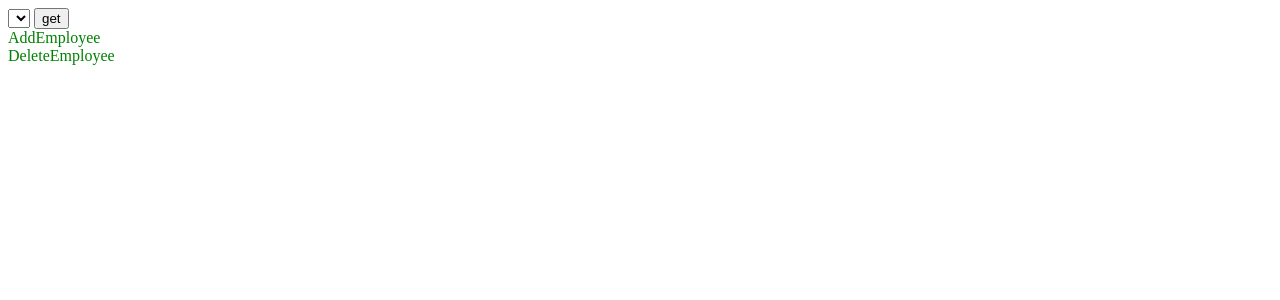
Repository: jayakumar721/projects
Page: http://localhost/WebFilter/EmpDemo.jsp
An editor plug-in stored every save of this project. The page is shown before and after the next save, followed by the edit.
The browser window is 1280 px wide. The pictures show the whole page.
The page is served by Tomcat 9. Other server files are loaded and not shown. Queries for data that is not in the repository find no rows.

Above is the page before, as saved 2017-11-21 11:28:58.

### WebFilter/WebContent/EmpDemo.jsp
<%@page import="in.vamsoft.services.ServiceDao"%>
<%@page import="in.vamsoft.dao.EmpDao"%>
<%@page import="in.vamsoft.model.Employee"%>
<%@page import="in.vamsoft.model.Department"%>
<%@page import="java.util.List"%>
<%@page import="in.vamsoft.services.EmpServices"%>
<%@ page language="java" contentType="text/html; charset=UTF-8"
	pageEncoding="UTF-8"%>
<!DOCTYPE html PUBLIC "-//W3C//DTD HTML 4.01 Transitional//EN" "http://www.w3.org/TR/html4/loose.dtd">
<html>
<head>
<meta http-equiv="Content-Type" content="text/html; charset=UTF-8">
<title>Insert title here</title>
<style>
a:link {
    color:green;
    background-color: transparent;
    text-decoration: none;
}



a:hover {
    color: red;
    background-color: transparent;
    text-decoration: underline;
}

a:active {
    color: yellow;
    background-color: transparent;
    text-decoration: underline;
}
</style>
</head>
<body>
	<form action="EmployeeDetails" method="post" class="form-group">
		<select name="deptId" class="form-control">
			<%
			  ServiceDao services = new EmpServices();
			  List<Department> departments = services.getAllDepartments();
			  for (Department d : departments) {
			%>

			<option value="<%=d.getDeptNo()%>"><%=d.getDeptName()%></option>
			<%
			  }
			%>
		</select>
		<input type="submit" value="get" name="operation"><br>
		<a href="AddEmployee.html">AddEmployee</a><br>
		<a href="DeleteEmployee.html">DeleteEmployee</a>
	</form>
</body>
</html>

### WebFilter/src/in/vamsoft/services/EmpServices.java
package in.vamsoft.services;

import java.util.List;

import in.vamsoft.dao.EmpDao;
import in.vamsoft.dao.EmpDaoFactory;
import in.vamsoft.model.Department;
import in.vamsoft.model.Employee;

public class EmpServices implements ServiceDao {

  EmpDao dao = EmpDaoFactory.getEmployeeObjects();
  /* (non-Javadoc)
   * @see in.vamsoft.services.ServiceDao#getAllDepartments()
   */
  /* (non-Javadoc)
   * @see in.vamsoft.services.ServiceDao#getAllDepartments()
   */
  @Override
  public List<Department> getAllDepartments(){
    return dao.getAllDept();
  }

  /* (non-Javadoc)
   * @see in.vamsoft.services.ServiceDao#getEmoloyeeByDept(int)
   */
  /* (non-Javadoc)
   * @see in.vamsoft.services.ServiceDao#getEmoloyeeByDept(int)
   */
  @Override
  public List<Employee> getEmoloyeeByDept(int deptId){
    return dao.findEmployeeByDept(deptId);
  }

  /* (non-Javadoc)
   * @see in.vamsoft.services.ServiceDao#addEmployee(in.vamsoft.model.Employee)
   */
  @Override
  public boolean addEmployee(Employee emp) {
    return dao.addEmployee(emp);
  }
  @Override
  public boolean deleteEmployee(int id) {
    return dao.deleteEmployee(id);
  }
}

### WebFilter/src/in/vamsoft/dao/EmpDaoFactory.java
package in.vamsoft.dao;

public class EmpDaoFactory {

  public static EmpDao getEmployeeObjects() {
    return new EmployeeDao();
  }

}

### WebFilter/src/in/vamsoft/dao/EmpDao.java
package in.vamsoft.dao;

import java.util.List;

import in.vamsoft.model.Department;
import in.vamsoft.model.Employee;

public interface EmpDao {

  /* (non-Javadoc)
   * @see in.vamsoft.dao.EmpDao#getAllDept()
   */
  List<Department> getAllDept();

  /* (non-Javadoc)
   * @see in.vamsoft.dao.EmpDao#findEmployeeByDept(int)
   */
  List<Employee> findEmployeeByDept(int deptId);

  boolean addEmployee(Employee emp);

  boolean deleteEmployee(int id);

}

### WebFilter/src/in/vamsoft/dao/EmployeeDao.java
package in.vamsoft.dao;

import java.sql.Connection;
import java.sql.Date;
import java.sql.PreparedStatement;
import java.sql.ResultSet;
import java.sql.SQLException;
import java.util.ArrayList;
import java.util.List;

import in.vamsoft.model.Department;
import in.vamsoft.model.Employee;

public class EmployeeDao implements EmpDao{

  Connection connection;
  ResultSet resultSet;

  public EmployeeDao() {
   connection = DBConnectionUtil.getConnection();
  }

  /* (non-Javadoc)
   * @see in.vamsoft.dao.EmpDao#getAllDept()
   */
  /* (non-Javadoc)
   * @see in.vamsoft.dao.EmpDao#getAllDept()
   */
  @Override
  public List<Department> getAllDept() {
    List<Department> list = new ArrayList<>();
    try(PreparedStatement preparedStatement = connection.prepareStatement("Select distinct department_id,department_name from departments")){
      resultSet = preparedStatement.executeQuery();
      while(resultSet.next()) {
        Department department = new Department();
        department.setDeptNo(resultSet.getInt(1));
        department.setDeptName(resultSet.getString(2));
        list.add(department);
      }


    } catch (SQLException e) {
      e.printStackTrace();
    }

    return list;

  }

  /* (non-Javadoc)
   * @see in.vamsoft.dao.EmpDao#findEmployeeByDept(int)
   */
  /* (non-Javadoc)
   * @see in.vamsoft.dao.EmpDao#findEmployeeByDept(int)
   */
  @Override
  public List<Employee> findEmployeeByDept(int deptId){
    List<Employee> emp = new ArrayList<>();
    try(PreparedStatement preparedStatement = connection.prepareStatement("select * from empcopy where deptid=?")){
      preparedStatement.setInt(1, deptId);
      resultSet = preparedStatement.executeQuery();

      while(resultSet.next()) {
        Employee employee = new Employee();
        employee.setEmpNo(resultSet.getInt(1));
        employee.setEmpName(resultSet.getString(2));
        employee.setSalary(resultSet.getDouble(3));
        employee.setDate(resultSet.getDate(4).toLocalDate());
        employee.setDeptId(resultSet.getInt(5));
        emp.add(employee);

      }

    } catch (SQLException e) {
      e.printStackTrace();
    }


    return emp;

  }


  /* (non-Javadoc)
   * @see in.vamsoft.dao.EmpDao#addEmployee(in.vamsoft.model.Employee)
   */
  @Override
  public boolean addEmployee(Employee emp) {
    try(PreparedStatement preparedStatement = connection.prepareStatement("insert into empcopy values(?,?,?,?,?)")) {

      preparedStatement.setInt(1, emp.getEmpNo());
      preparedStatement.setString(2, emp.getEmpName());
      preparedStatement.setDouble(3, emp.getSalary());
      preparedStatement.setDate(4,Date.valueOf(emp.getDate()));
      preparedStatement.setInt(5, emp.getDeptId());
      int i = preparedStatement.executeUpdate();
      return i > 0 ? true : false;
    } catch (SQLException e) {
      e.printStackTrace();
    }
    return false;

  }

  /* (non-Javadoc)
   * @see in.vamsoft.dao.EmpDao#deleteEmployee(int)
   */
  @Override
  public boolean deleteEmployee(int id) {

    try (PreparedStatement preparedStatement = connection.prepareStatement("delete empcopy where empid=?")) {
      preparedStatement.setInt(1, id);
      int i = preparedStatement.executeUpdate();
      return i > 0 ? true : false;
    } catch (SQLException e) {
      e.printStackTrace();
    }

    return false;

  }

}

### WebFilter/src/in/vamsoft/dao/DBConnectionUtil.java
package in.vamsoft.dao;

import java.io.FileNotFoundException;

import java.io.IOException;
import java.io.InputStream;
import java.sql.Connection;
import java.sql.DriverManager;
import java.sql.SQLException;
import java.util.Properties;

import org.apache.log4j.Logger;

public class DBConnectionUtil {

  public static Logger logger = Logger.getLogger(DBConnectionUtil.class);

  public static Connection getConnection() {

    String driver = null;
    String url = null;
    String uname = null;
    String password = null;
    Connection con = null;
    try {
      InputStream in=DBConnectionUtil.class.getClassLoader().getResourceAsStream("db.properties");

//      FileReader fileReader = new FileReader("db.properties");
      Properties properties = new Properties();
      properties.load(in);
      driver = properties.getProperty("driver");
      url = properties.getProperty("url");
      uname = properties.getProperty("user");
      password = properties.getProperty("password");

      Class.forName(driver);
      con = DriverManager.getConnection(url, uname, password);
      logger.info("connection done");
    } catch (FileNotFoundException e) {
      logger.error("db properties file not found");
    } catch (ClassNotFoundException e) {

      e.printStackTrace();
    } catch (SQLException e) {

      e.printStackTrace();
    } catch (IOException e) {

      e.printStackTrace();
    }
    return con;

  }
  public static void closeConnection(Connection conn) {
    try {
      conn.close();
    } catch (SQLException e) {

      e.printStackTrace();
    }
  }

}

After the next save:
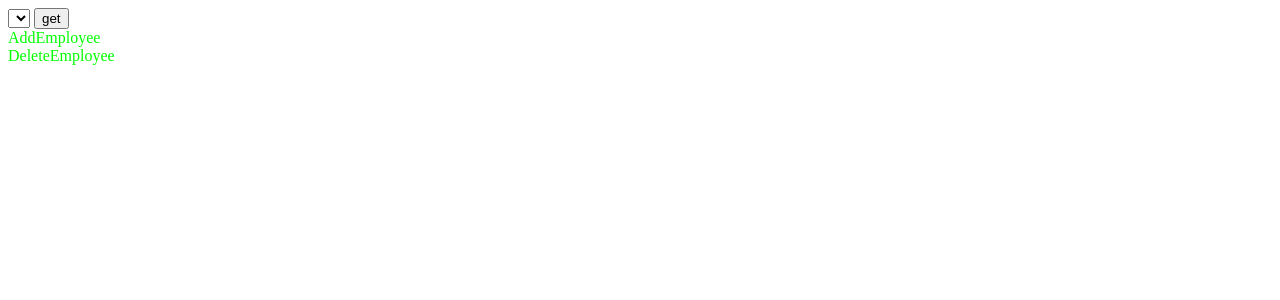
Saved 61 s later.
--- a/WebFilter/WebContent/EmpDemo.jsp
+++ b/WebFilter/WebContent/EmpDemo.jsp
@@ -13,7 +13,7 @@
 <title>Insert title here</title>
 <style>
 a:link {
-    color:green;
+    color:#00ff00;
     background-color: transparent;
     text-decoration: none;
 }
